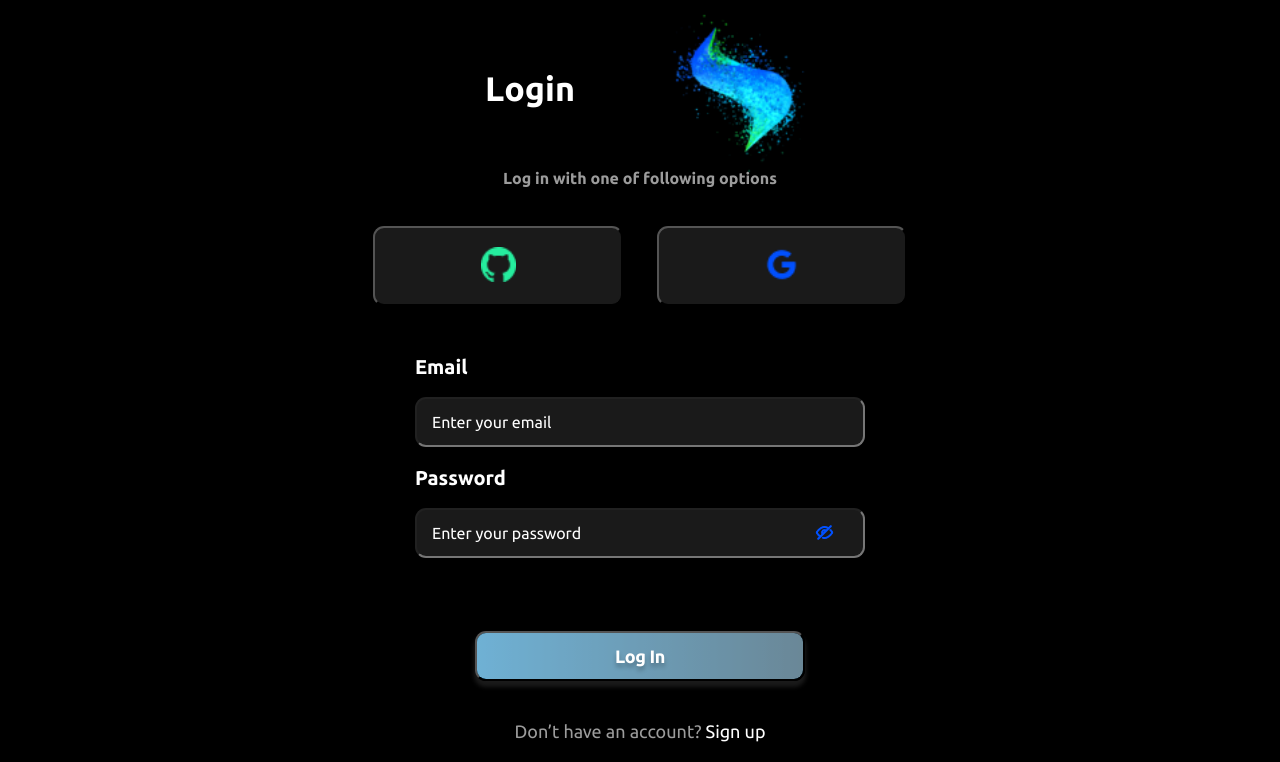
Repository: Cherced/QuanticFilms
Page: /login
An editor plug-in stored every save of this project. The page is shown before and after the next save, followed by the edit.
The browser window is 1280 px wide. The pictures show the whole page.
The page's requests for data from a server got no answer. The project was rebuilt for these pictures with package versions that can differ from the ones it lists, and the page was loaded fresh each time. The framework's server and built-in components were replaced by stand-ins that run in the browser. No one was signed in, and anything a server would have sent is missing. Also part of the build but not shown: components/atoms/HeaderFloat.jsx.

Above is the page before, as saved 2022-06-10 11:37:39.

After the next save:
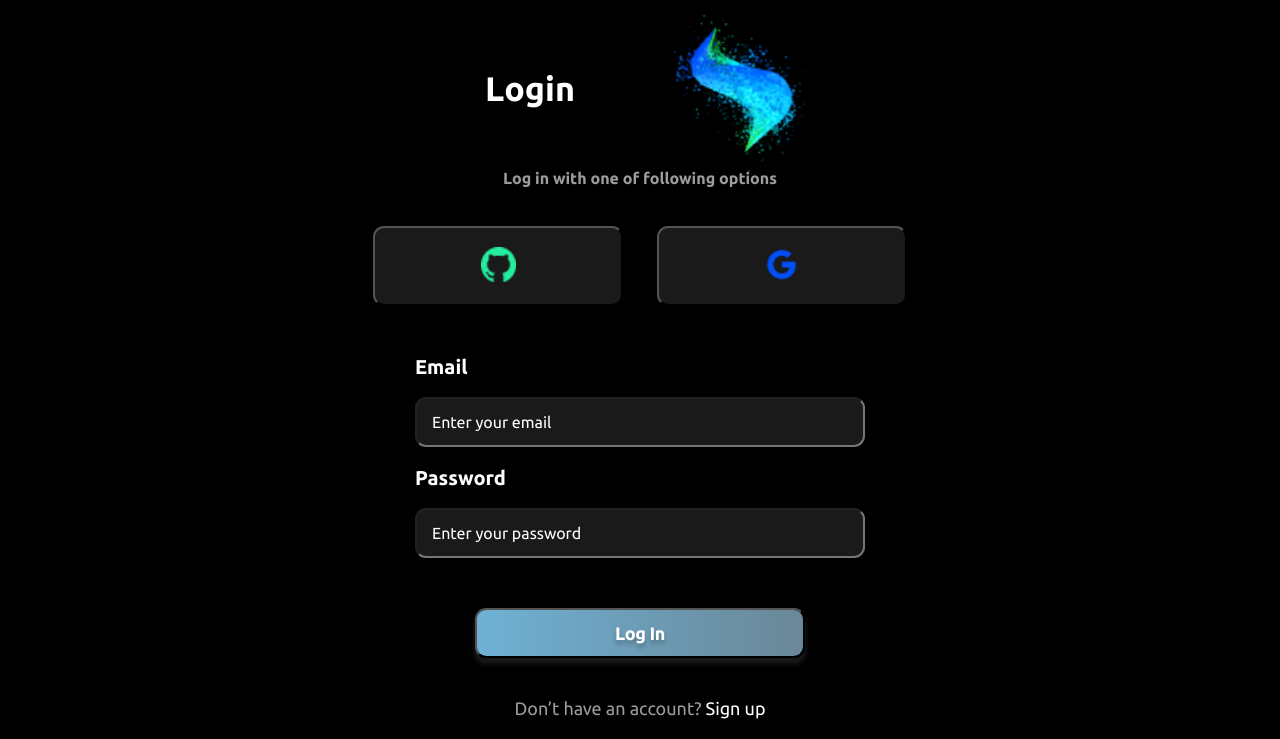
Saved 22 s later.
--- a/components/atoms/InputBasicAccont.jsx
+++ b/components/atoms/InputBasicAccont.jsx
@@ -4,19 +4,7 @@ export const InputBasicAccont = (props) => {
   return (
     <div className="inputBasicAccont">
         <h1>{props.titleForm}</h1>
-        {
-
-        props.password ?
-        (
-        <div className="passwordInput">
-        <input type={props.type} value={props.placeholder} name={props.name} autoComplete={props.autoComplete} />
-        <img src="/images/checkedPassword.png" alt="icon-check"/>
-        </div>
-        ) :
-        (
         <input type={props.type} value={props.placeholder} name={props.name} autoComplete={props.autoComplete}  />
-        )
-        }
     </div>
   )
 }

After the 3 saves that followed:
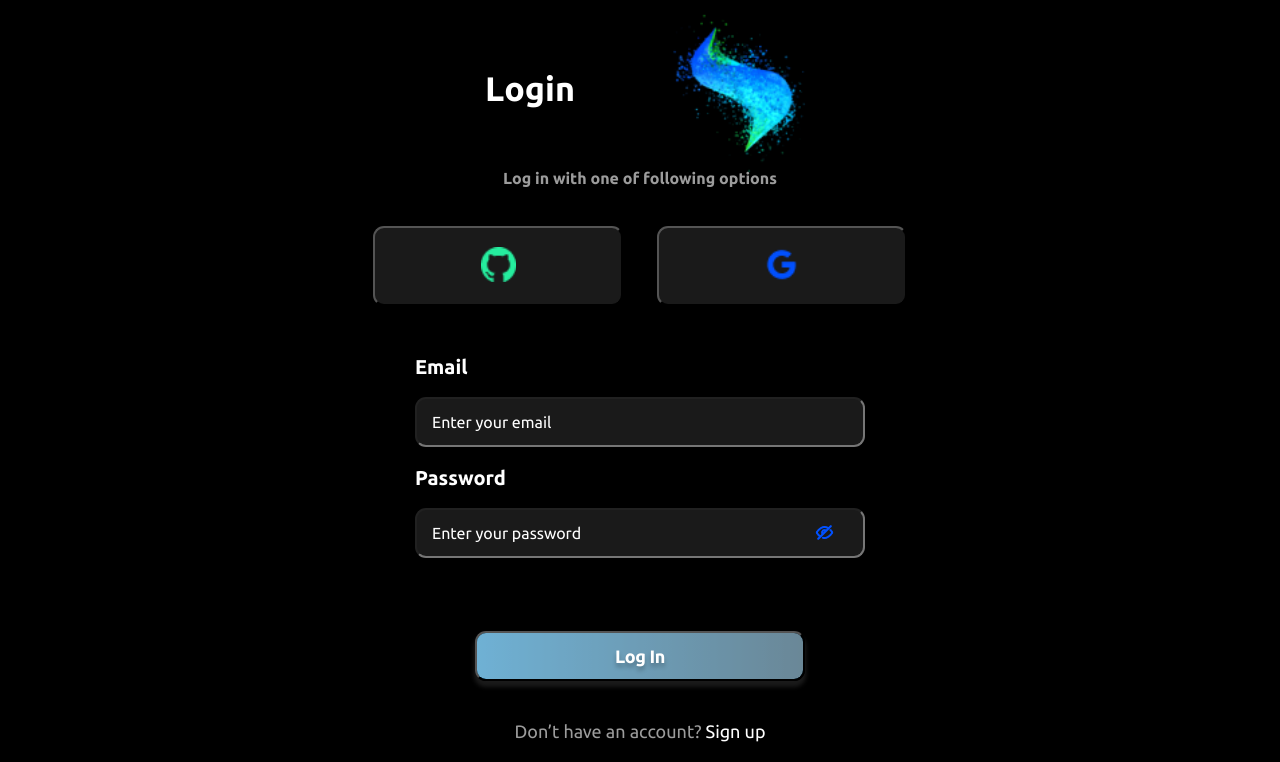
The 3 saves are shown as one change because 2 did not build or start.
The last was saved 94 s later.
--- a/components/molecules/LoginForm.jsx
+++ b/components/molecules/LoginForm.jsx
@@ -1,11 +1,12 @@
 import React from 'react'
 import { InputBasicAccont } from '../atoms/InputBasicAccont'
+import { InputBasicAccontPassword} from '../atoms/InputBasicAccontPassword'
 
 export const LoginForm = () => {
   return (
     <form className="formContainer">
-        <InputBasicAccont titleForm={"Email"} name="Email" placeholder="Enter your email" password={false} type="text" autoComplete="off" />
-        <InputBasicAccont titleForm="Password" placeholder="Enter your password" password={true} />
+        <InputBasicAccont titleForm={"Email"} name="Email" placeholder="Enter your email" type="text" autoComplete="off" />
+        <InputBasicAccontPassword titleForm="Password" placeholder="Enter your password" />
     </form>
   )
 }
--- a/components/atoms/InputBasicAccontPassword.jsx
+++ b/components/atoms/InputBasicAccontPassword.jsx
@@ -1,6 +1,6 @@
 import React from 'react'
 
-export const InputBasicAccont = (props) => {
+export const InputBasicAccontPassword = (props) => {
   return (
     <div className="inputBasicAccont">
         <h1>{props.titleForm}</h1>
